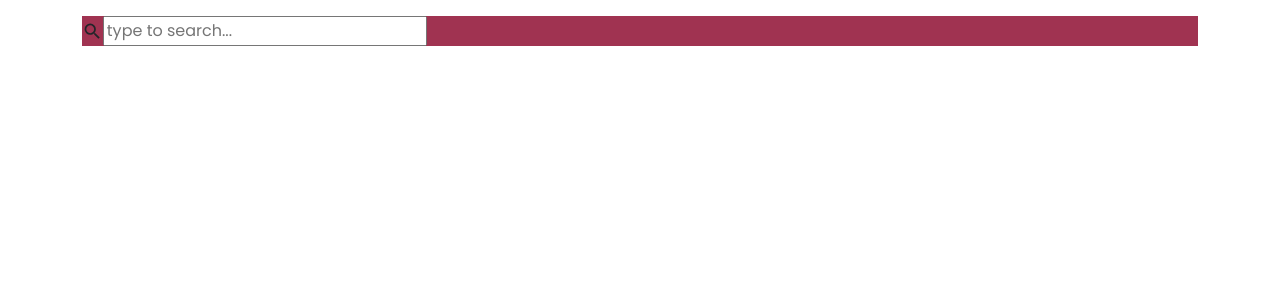
Repository: DeraBola/user-app
Page: /
The author's editor kept a copy of each file at every save. The page is drawn from the files as they stood at one save, then again after the next save.
The browser window is 1280 px wide. The pictures show the whole page.
The page's requests for data from a server got no answer. The project was rebuilt for these pictures with package versions that can differ from the ones it lists, and the page was loaded fresh each time. No one was signed in, and anything a server would have sent is missing.

Above is the page before, as saved 2022-08-09 21:25:41.

After the next save:
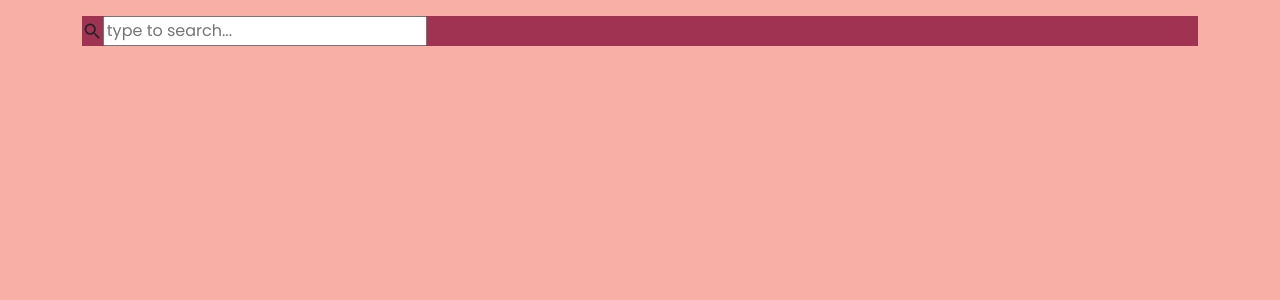
Saved 14 s later.
--- a/src/App.css
+++ b/src/App.css
@@ -6,7 +6,7 @@
             text-decoration: none;
             list-style-type: none;
             outline: none;
-            background: #f;
+            background: #f8afa6;
         }
 
         .container {
